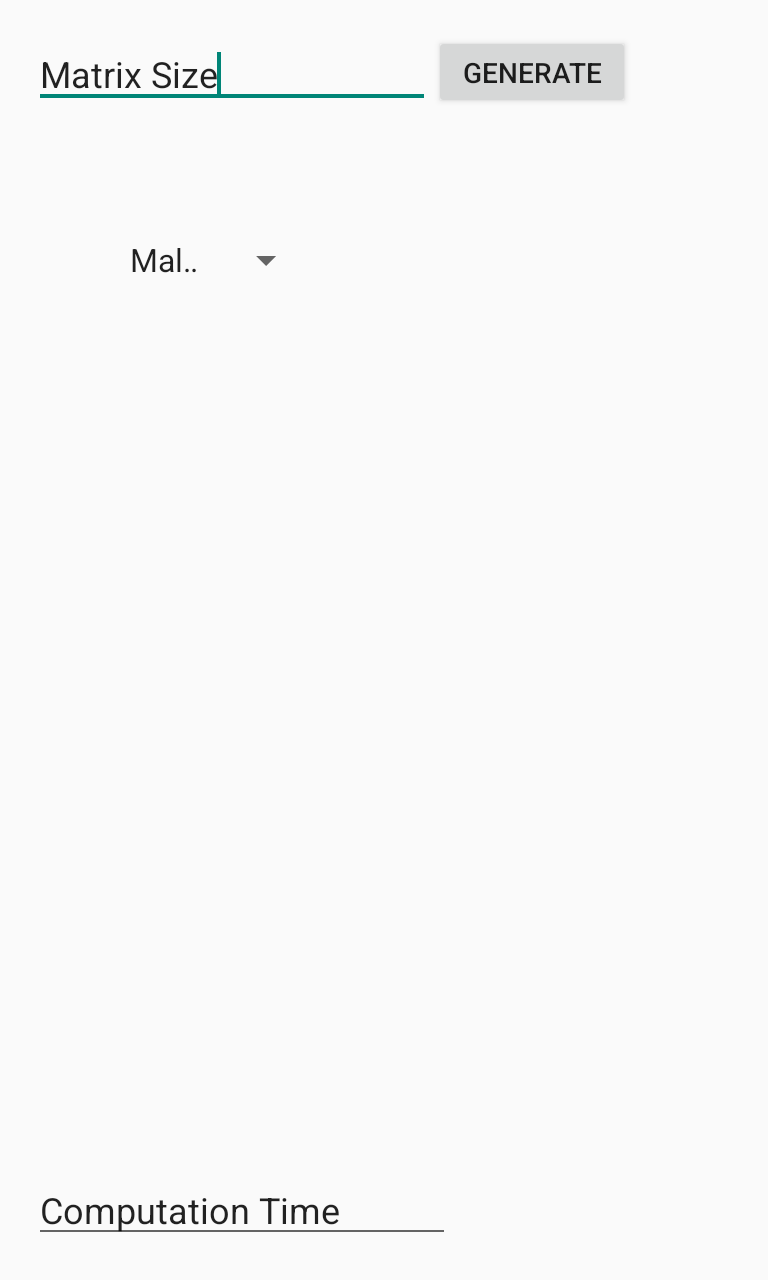
Repository: lhsieh814/ParallelProject
Layout: MatrixManipulation/res/layout/activity_main.xml
These files come from the project's save history. The layout is drawn as it stood at one moment and after the next save; the edit follows.
It is drawn on a 768 x 1280 px phone screen (xhdpi) without system bars, with theme AppTheme; the app's code is not run.

Above is the layout before, as saved 2014-11-22 17:27:29.

### MatrixManipulation/res/layout/activity_main.xml
<RelativeLayout xmlns:android="http://schemas.android.com/apk/res/android"
    xmlns:tools="http://schemas.android.com/tools"
    android:layout_width="match_parent"
    android:layout_height="match_parent"
    android:paddingBottom="@dimen/activity_vertical_margin"
    android:paddingLeft="@dimen/activity_horizontal_margin"
    android:paddingRight="@dimen/activity_horizontal_margin"
    android:paddingTop="@dimen/activity_vertical_margin"
    tools:context="com.example.matrixmanipulation.MainActivity" >


    <EditText
        android:id="@+id/editText1"
        android:layout_width="200dp"
        android:layout_height="40dp"
        android:layout_alignParentLeft="true"
        android:layout_alignParentTop="true"
        android:ems="10"
        android:inputType="number"
        android:text="Matrix Size" >

        <requestFocus />
    </EditText>

    <Button
        android:id="@+id/button1"
        android:layout_width="100dp"
        android:layout_height="40dp"
        android:layout_alignTop="@+id/editText1"
        android:layout_toRightOf="@+id/editText1"
        android:text="Generate" />
    <EditText
        android:id="@+id/editText2"
        android:layout_width="wrap_content"
        android:layout_height="wrap_content"
        android:layout_alignLeft="@+id/editText1"
        android:layout_alignParentBottom="true"
        android:ems="10"
        android:inputType="numberSigned"
        android:text="Computation Time" />

    <Spinner
        android:id="@+id/spinner1"
        android:layout_width="100dp"
        android:layout_height="40dp"
        android:layout_marginLeft="41dp"
        android:layout_marginTop="94dp"
        android:entries="@array/country_arrays"
        android:text="SPIN" />

</RelativeLayout>

### MatrixManipulation/res/values/strings.xml
<?xml version="1.0" encoding="utf-8"?>
<resources>

    <string name="app_name">MatrixManipulation</string>
    <string name="hello_world">Hello world!</string>
    <string name="action_settings">Settings</string>

    <string-array name="country_arrays">
        <item>Malaysia</item>
        <item>United States</item>
        <item>Indonesia</item>
        <item>France</item>
        <item>Italy</item>
        <item>Singapore</item>
        <item>New Zealand</item>
        <item>India</item>
    </string-array>
</resources>

Loaded but not shown: MatrixManipulation/res/values/styles.xml (common file); MatrixManipulation/res/values-v11/styles.xml (common file); MatrixManipulation/res/values-v14/styles.xml (common file); MatrixManipulation/res/values/dimens.xml (common file); MatrixManipulation/res/values-w820dp/dimens.xml (common file)

After the next save:
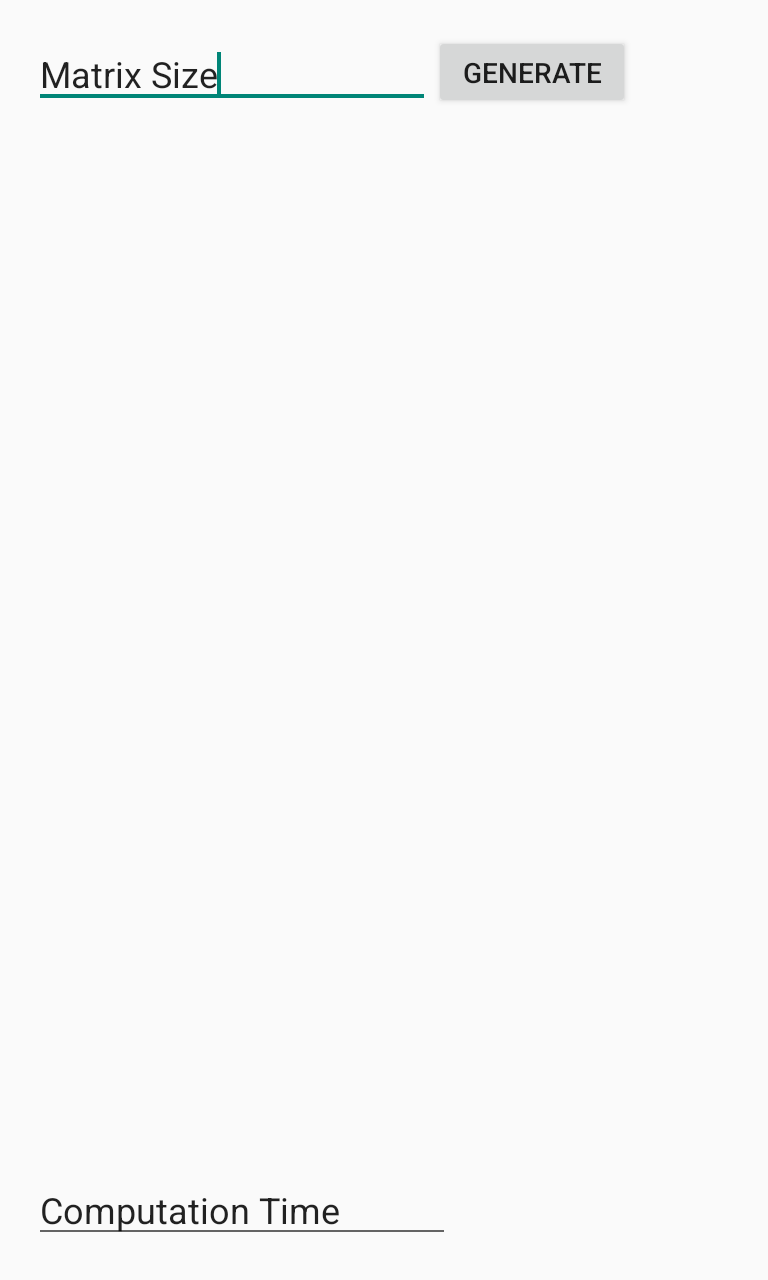
Saved 14 min 39 s later.
--- a/MatrixManipulation/res/layout/activity_main.xml
+++ b/MatrixManipulation/res/layout/activity_main.xml
@@ -39,13 +39,4 @@
         android:inputType="numberSigned"
         android:text="Computation Time" />
 
-    <Spinner
-        android:id="@+id/spinner1"
-        android:layout_width="100dp"
-        android:layout_height="40dp"
-        android:layout_marginLeft="41dp"
-        android:layout_marginTop="94dp"
-        android:entries="@array/country_arrays"
-        android:text="SPIN" />
-
 </RelativeLayout>
